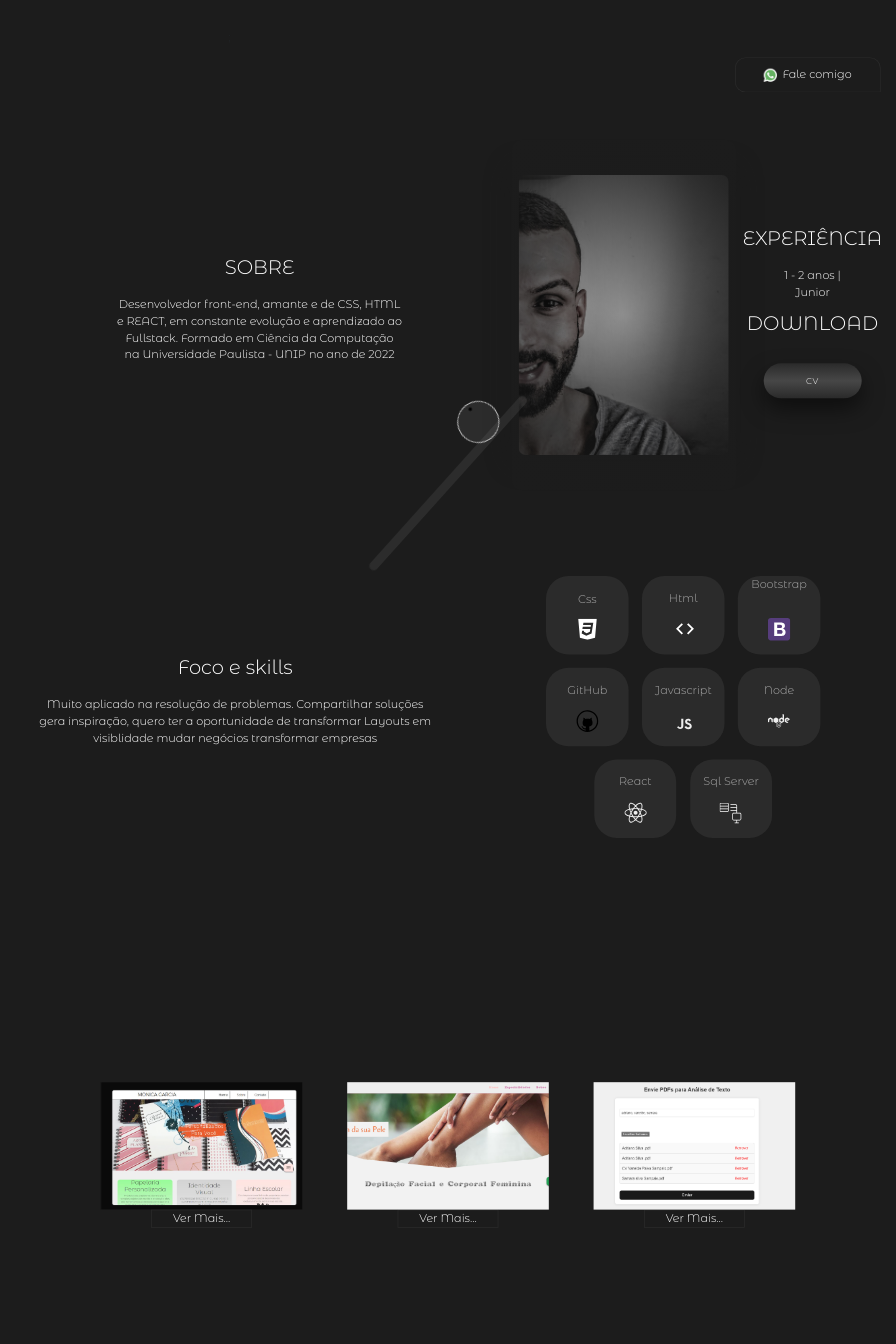
Repository: adrianodisam/NovoPortifolio
Page: /
The author's editor kept a copy of each file at every save. The page is drawn from the files as they stood at one save, then again after the next save.
The browser window is 1280 px wide. The pictures show the part of the page from y = 430 to 2350 px (the page is 3024 px tall before and 3830 px after), at 70% of full size.
The project was rebuilt for these pictures with package versions that can differ from the ones it lists, and the page was loaded fresh each time. Imported but missing from the stored project, and not drawn on this page: src/componentes/Download/Adriano.pdf.

Above is the page before, as saved 2024-11-02 16:40:21.

After the next save:
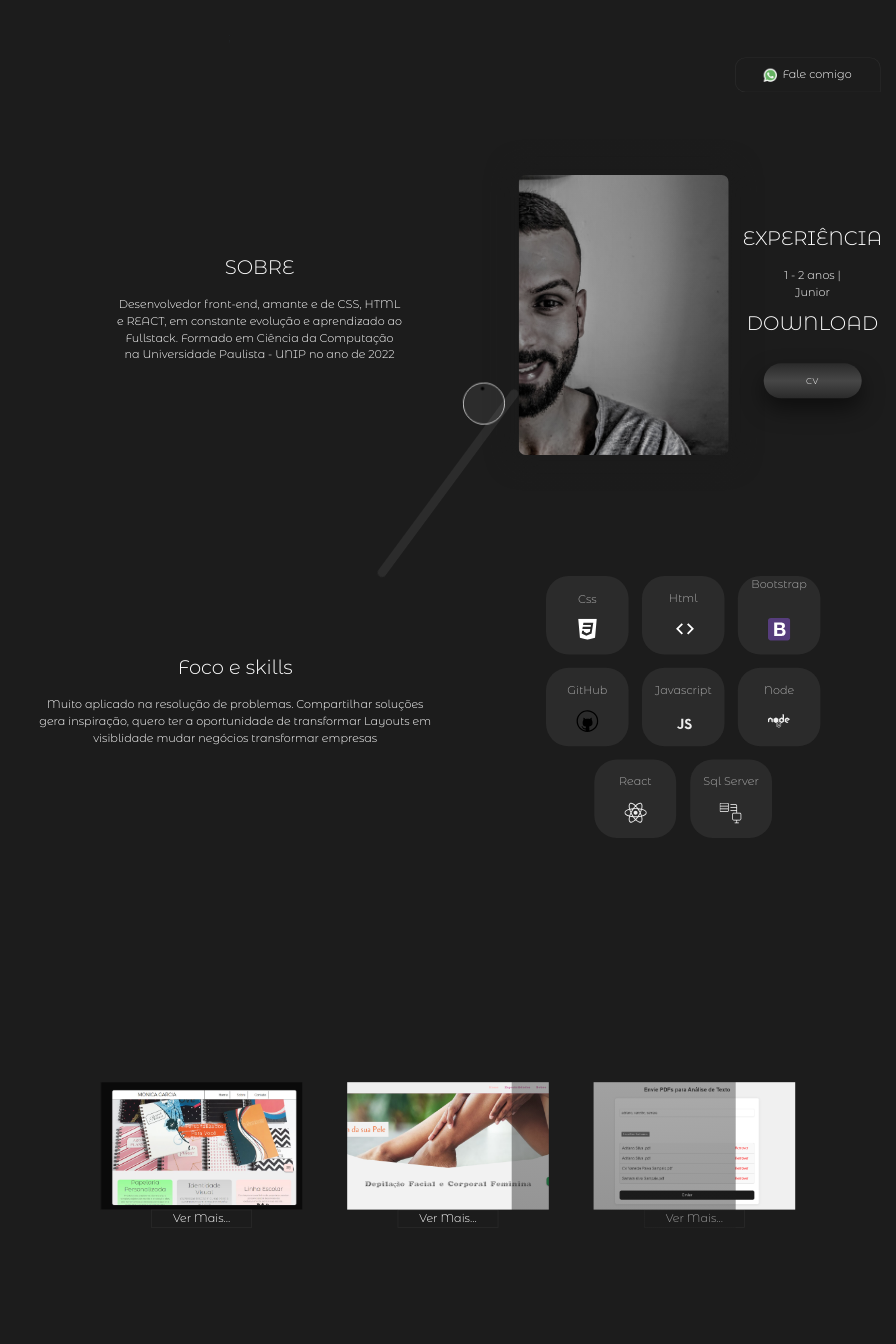
Saved 9 s later.
--- a/src/componentes/FotoSobre/FotoSobre.module.css
+++ b/src/componentes/FotoSobre/FotoSobre.module.css
@@ -23,7 +23,7 @@
   content: '';
   position: absolute;
   width: 320px; /* Um pouco maior que a imagem para o efeito de borda */
-  height: 500px;
+  height: 5900px;
   background: radial-gradient(circle, transparent, rgba(28, 28, 28, 50));
   border-radius: 15px;
   z-index: 0;

After the save that followed:
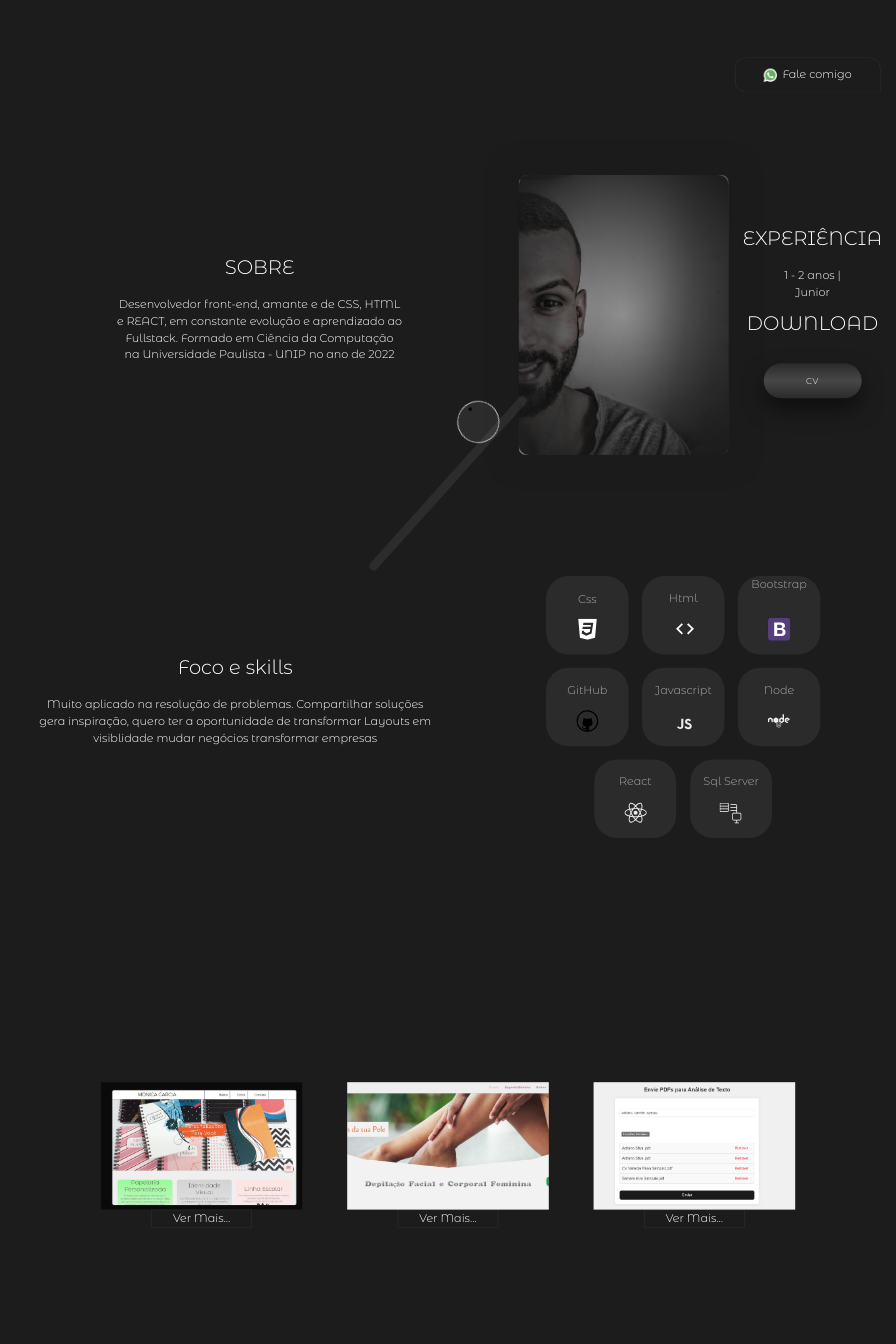
Saved 18 s later.
--- a/src/componentes/FotoSobre/FotoSobre.module.css
+++ b/src/componentes/FotoSobre/FotoSobre.module.css
@@ -22,8 +22,8 @@
 .Container::before {
   content: '';
   position: absolute;
-  width: 320px; /* Um pouco maior que a imagem para o efeito de borda */
-  height: 5900px;
+  width: 300px; /* Um pouco maior que a imagem para o efeito de borda */
+  height: 400px;
   background: radial-gradient(circle, transparent, rgba(28, 28, 28, 50));
   border-radius: 15px;
   z-index: 0;
